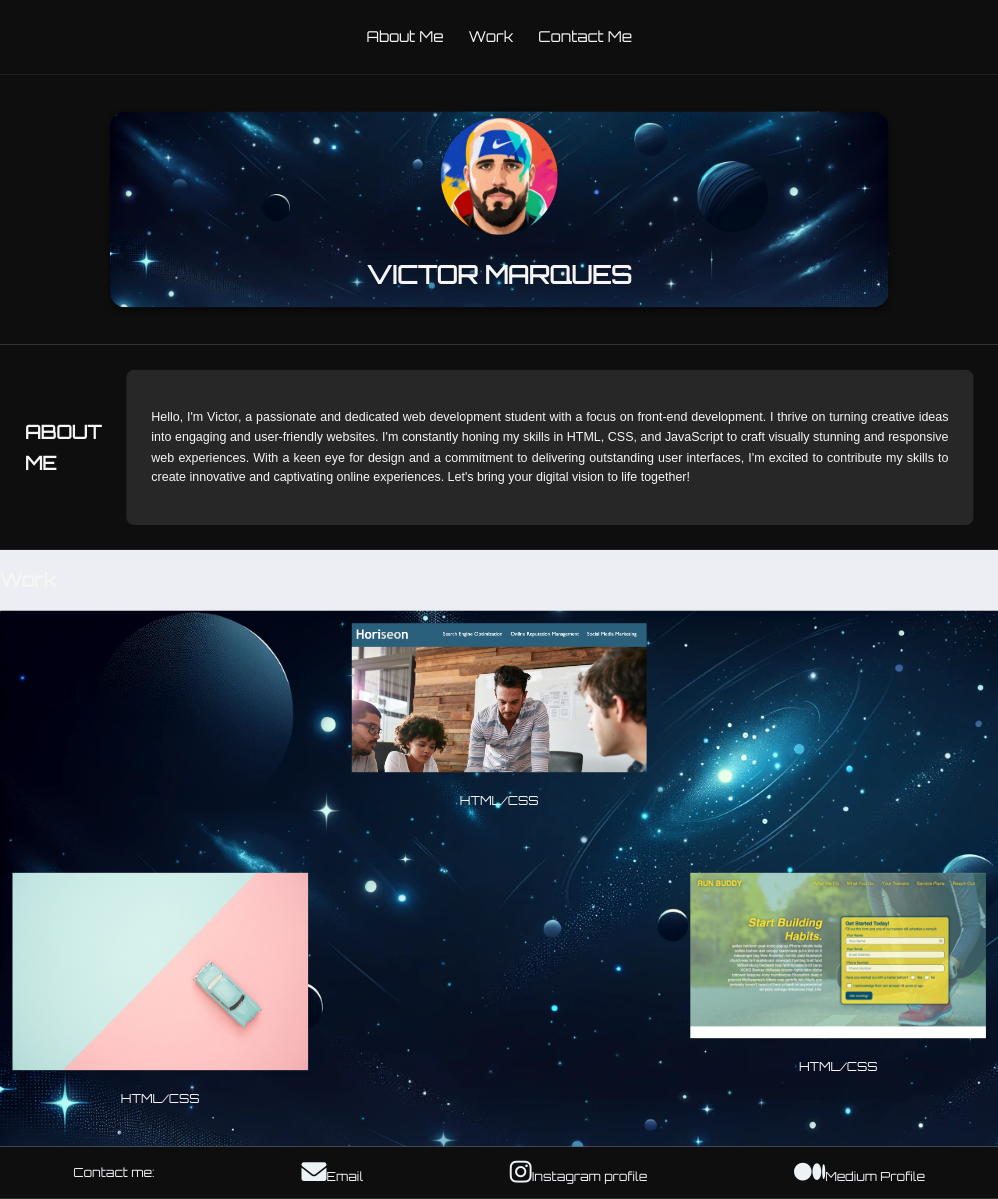
Repository: uvee35/Challenge2-Victor
Page: index.html
These files come from the project's save history. The page is drawn as it stood at one moment and after the next save; the edit follows.
The browser window is 1280 px wide. The pictures show the whole page, at 78% of full size.

Above is the page before, as saved 2023-12-12 22:34:42.

### index.html
<!DOCTYPE html>
<html lang="en-gb">
  <head>
    <meta charset="UTF-8" />
    <meta name="viewport" content="width=device-width, initial-scale=1.0" />
    <meta http-equiv="X-UA-Compatible" content="ie=edge" />
    <title>Victor Marques Portfolio</title>
    <link rel="stylesheet" href="assets/style.css" />
    <link
      href="https://cdnjs.cloudflare.com/ajax/libs/font-awesome/6.0.0-beta3/css/all.min.css"
      rel="stylesheet"
    />
    <link
      href="https://fonts.googleapis.com/css?family=Orbitron&display=swap"
      rel="stylesheet"
    />
  </head>

  <body>
    <header class="header">
      <nav class="header__nav">
        <ul class="nav__list">
          <li class="nav__item">
            <a href="#about-me" class="nav__link">About Me</a>
          </li>
          <li class="nav__item">
            <a href="#work" class="nav__link">Work</a>
          </li>
          <li class="nav__item">
            <a href="#footer" class="nav__link">Contact Me</a>
          </li>
        </ul>
      </nav>
    </header>

    <section class="hero-banner">
      <div class="hero-banner__content">
        <img src="assets/victor.JPG" alt="Victor" class="about__image" />
        <h1>VICTOR MARQUES</h1>
      </div>
    </section>

    <main class="page-wrapper">
      <section id="about-me"></section>
      <section class="about-section">
        <h2 class="about-title">ABOUT ME</h2>
        <div class="about-box">
          <p class="about-me-text">
            Hello, I'm Victor, a passionate and dedicated web development
            student with a focus on front-end development. I thrive on turning
            creative ideas into engaging and user-friendly websites. I'm
            constantly honing my skills in HTML, CSS, and JavaScript to craft
            visually stunning and responsive web experiences. With a keen eye
            for design and a commitment to delivering outstanding user
            interfaces, I'm excited to contribute my skills to create innovative
            and captivating online experiences. Let's bring your digital vision
            to life together!
          </p>
        </div>
      </section>

      <section class="page-section" id="work">
        <h2 class="section-title">Work</h2>
        <div class="work__projects">
          <!-- Top featured project -->
          <div class="project project--featured">
            <img
              src="./assets/project.png"
              alt="Featured Project"
              class="work__image"
            />
            <p class="project-description">HTML/CSS</p>
          </div>
          <!-- Projects Row for two projects -->
          <div class="project-row">
            <!-- First project -->
            <div class="project">
              <img
                src="./assets/02-portfolio-3.jpg"
                alt="Project 1"
                class="work__image"
              />
              <p class="project-description">HTML/CSS</p>
            </div>
            <!-- Second project -->
            <div class="project">
              <img
                src="./assets/02-run-buddy.jpg"
                alt="Project 2"
                class="work__image"
              />
              <p class="project-description">HTML/CSS</p>
            </div>
          </div>
        </div>
      </section>
    </main>

    <footer class="footer">
      <div class="footer__contact-info">
        <span class="footer__contact-header">Contact me:</span>
        <a href="mailto:victormarquesrina@hotmail.com" class="contact-link">
          <i class="fas fa-envelope social-icon"></i><span>Email</span>
        </a>
        <a href="https://www.instagram.com/Uvee35" class="contact-link">
          <i class="fab fa-instagram social-icon"></i
          ><span>Instagram profile</span>
        </a>
        <a href="https://medium.com/@victor5.vm58" class="contact-link">
          <i class="fab fa-medium social-icon"></i><span>Medium Profile</span>
        </a>
      </div>
    </footer>
  </body>
</html>

### assets/style.css
:root {
  --primary-color: #edeef3;
  --secondary-color: #0e0e0e;
  --accent-color: #edf2f4;
  --font-color: #f6f6f6;
  --font-family: 'Orbitron', sans-serif;
}

*,
*::before,
*::after {
  box-sizing: border-box;
}

body {
  font-family: var(--font-family);
  color: var(--font-color);
  background-color: var(--primary-color);
  line-height: 1.6;
  margin: 0;
  padding: 0;
  display: flex;
  flex-direction: column;
  min-height: 100vh;
}

.project {
  overflow: hidden;
}



.project:hover .work__image {
  transform: scale(1.05);
  transition: transform 0.3s ease;
}

.work__image {
  display: block;
  width: 100%;
  max-width: 300px;
  min-width: 100px;
  height: auto;
  transition: transform 0.3s ease;
  margin: 0 auto;
}

.header {
  display: flex;
  justify-content: center;
  align-items: center;
  padding: 1rem;
  background-color: #0e0e0e;
}

.nav__list {
  display: flex;
  justify-content: center;
  align-items: center;
  list-style: none;
  padding: 0;
}

.nav__item {
  margin: 0 1rem;
}

.nav__link {
  color: var(--font-color);
  text-decoration: none;
  font-size: 1.2rem;
}

.hero-banner {
  padding: 1rem;
  text-align: center;
  background-color: #0e0e0e;
}

.hero-banner__content {
  max-width: 600px;
  margin: auto;
  background-image: url('../assets/background.png');
  background-size: cover;
  background-position: center;
  padding: 0.5rem 0;
  text-align: center;
  display: flex;
  flex-direction: column;
  align-items: center;
  justify-content: center;
  border-radius: 20px;
  margin: 2rem;
  box-shadow: 0 4px 8px rgba(0, 0, 0, 0.5);
  width: 80%;
  max-width: 1200px;
  margin-left: auto;
  margin-right: auto;
}

.hero-banner h1 {
  font-size: 2rem;
  margin-bottom: 0.5rem;
}

.about__image {
  width: 150px;
  height: 150px;
  border-radius: 50%;
  object-fit: cover;
}

.about-section {
  background-color: var(--secondary-color);
  padding: 2rem;
  display: flex;
  justify-content: space-between;
  align-items: center;
}

.about-title {
  color: var(--font-color);
  font-size: 1.5rem;
  margin-right: 2rem;
}

.about-box {
  flex-grow: 1;
  background: rgba(255, 255, 255, 0.1);
  padding: 2rem;
  border-radius: 10px;
  color: var(--font-color);
  font-size: 1rem;
  text-align: justify;
  font-family: Arial, Helvetica, sans-serif;
}
.project--featured {
  max-width: 900px;
  margin: auto;
  grid-column: 1 / -1;
}



.project {
  background-color: transparent;
  padding: 1rem;
  width: calc(33.333% - 1rem);
  margin-bottom: 1rem;
  grid-template-columns: repeat(2, 1fr); /* Two columns layout for the underneath images */
  gap: 2rem;

}


.project img {
  max-width: 500px;
  height: auto;
  border: -10px solid var(--accent-color);
}
.work__projects {
  display: grid;
  grid-template-columns: repeat(1, 1fr); /* One column layout for the top image */
  gap: 1rem;
  background-image: url(../assets/background.png);
}
.project--featured {
  grid-column: 1 / -1; /* Make the featured project span full width */
}


.project-row {
  display: flex;
  justify-content: space-between;
  width: 100%;

}

.project-description {
  text-align: center;
  padding-top: 0.5rem; /* Space between image and description text */
}


.footer {
  background-color: var(--secondary-color);
  color: var(--primary-color);
  text-align: center;
  padding: 1rem 0;
  display: flex;
  justify-content: space-around;
  align-items: center;
  margin-top: auto;
}

.footer a {
  color: var(--primary-color);
  text-decoration: none;
}

.footer__contact-info {
  display: flex;
  justify-content: space-around;
  align-items: center;
  width: 100%;
}

.social-icon {
  font-size: 2rem;
  color: var(--accent-color);
}



@media (max-width: 768px) {
  .work__projects {
    grid-template-columns: 1fr; /* Stack images on smaller screens */
  }
}


/* Responsive adjustments for tablet devices */
@media (max-width: 768px) {
  .work__image {
    max-width: 150px;
  }

  .project {
    width: calc(50% - 1rem);
  }

  .project--featured {
    width: calc(66.666% - 1rem);
  }

  .about-box {
    width: 90%;
    padding: 1rem;
  }

  .footer__contact-info {
    flex-direction: column;
    gap: 1rem;
  }

  .social-icon {
    font-size: 2.5rem;
  }
}

/* Responsive adjustments for mobile devices */
@media (max-width: 480px) {
  .work__image {
    max-width: 100px;
  }

  .nav__list {
    flex-direction: column;
    align-items: center;
  }

  .nav__item {
    margin-bottom: 0.5rem;
  }

  .project,
  .project--featured {
    width: 100%;
  }

  .about-section {
    flex-direction: column;
    text-align: center;
  }

  .hero-banner__content {
    background-image: url('../assets/background.png');
  }

  .about-title {
    margin: 0 0 1rem 0;
  }

  .about-box {
    padding: 1rem;
  }

  .footer__contact-info {
    flex-direction: column;
    gap: 1rem;
  }

  .social-icon {
    font-size: 2.5rem;
  }
}

After the next save:
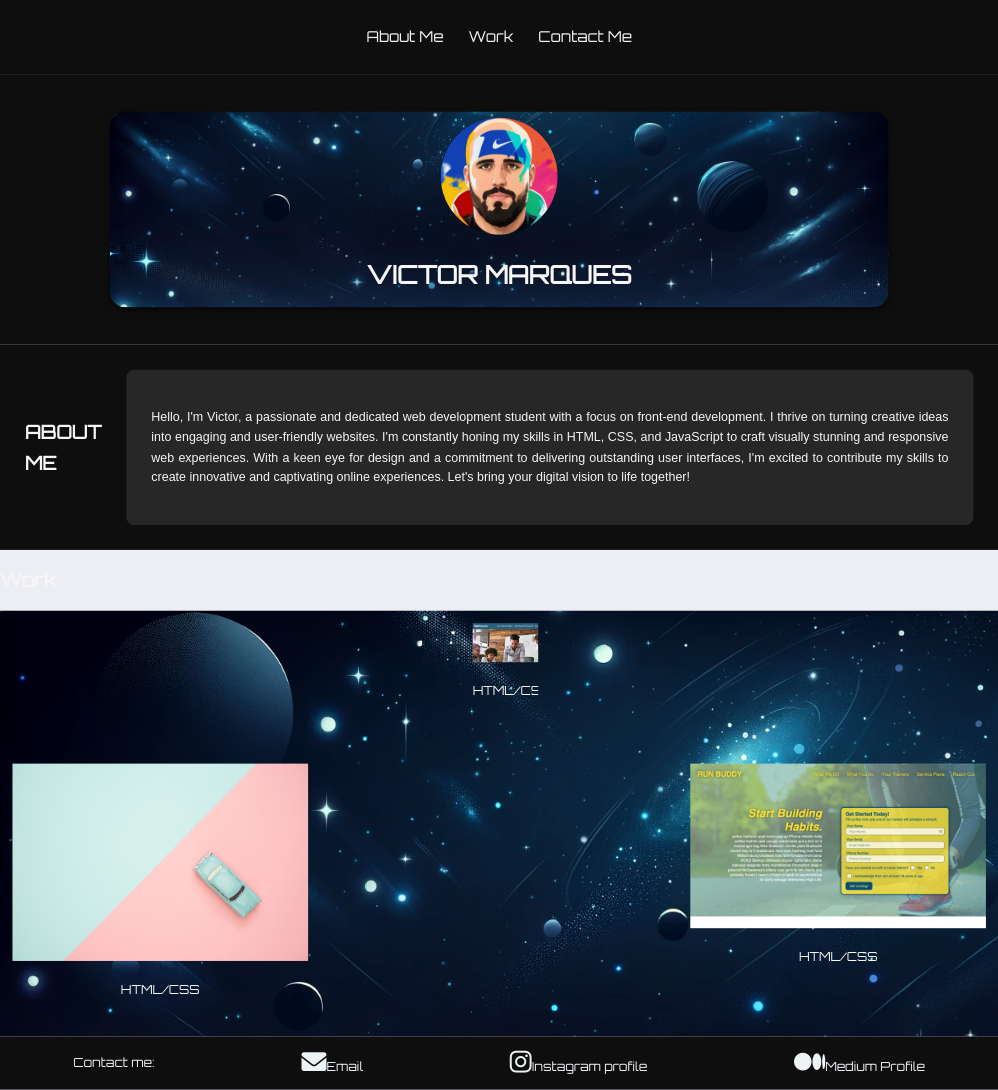
Saved 7 s later.
--- a/assets/style.css
+++ b/assets/style.css
@@ -135,7 +135,7 @@
   font-family: Arial, Helvetica, sans-serif;
 }
 .project--featured {
-  max-width: 900px;
+  max-width: 100px;
   margin: auto;
   grid-column: 1 / -1;
 }

After the save that followed:
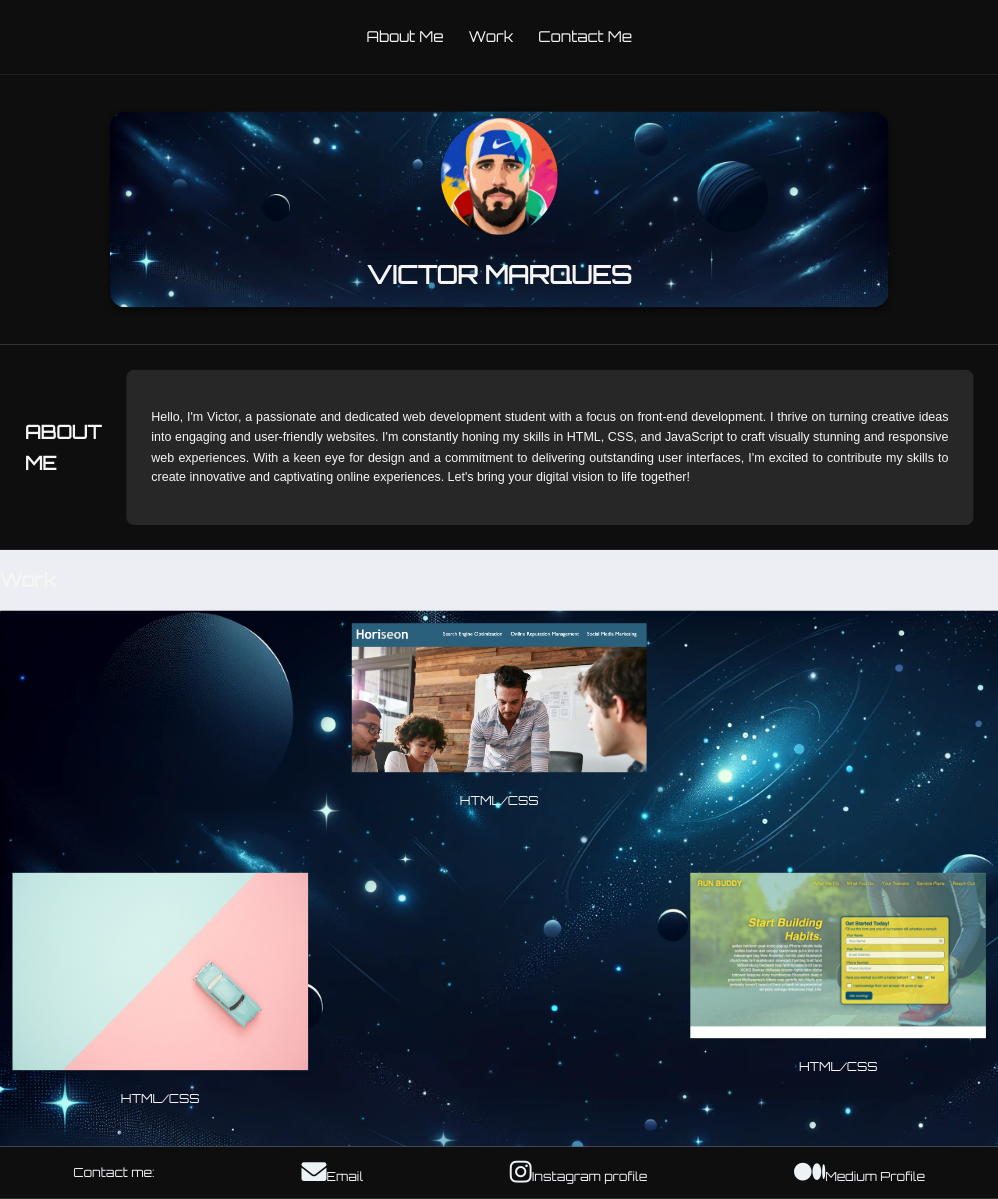
Saved 4 s later.
--- a/assets/style.css
+++ b/assets/style.css
@@ -135,7 +135,7 @@
   font-family: Arial, Helvetica, sans-serif;
 }
 .project--featured {
-  max-width: 100px;
+  max-width: 1000px;
   margin: auto;
   grid-column: 1 / -1;
 }
